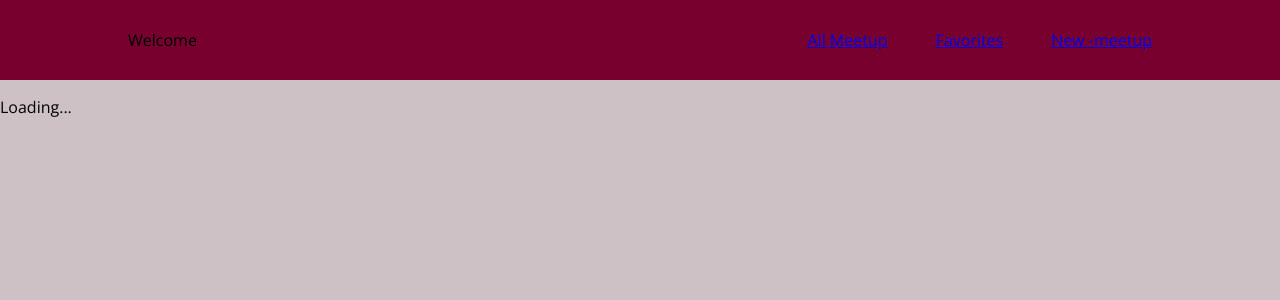
Repository: WaiMaungMaung/second
Page: /
An editor plug-in stored every save of this project. The page is shown before and after the next save, followed by the edit.
The browser window is 1280 px wide. The pictures show the whole page.
The page's requests for data from a server got no answer. The project was rebuilt for these pictures with package versions that can differ from the ones it lists, and the page was loaded fresh each time. A package was used in the major version that the imports need, not the one package.json lists. No one was signed in, and anything a server would have sent is missing. Also part of the build but not shown: src/pages/NewMeetup.js. Imported but missing from the stored project, and not drawn on this page: src/components/meetups/MeetupList, src/pages/Favorites.

Above is the page before, as saved 2022-04-19 13:20:36.

After the next save:
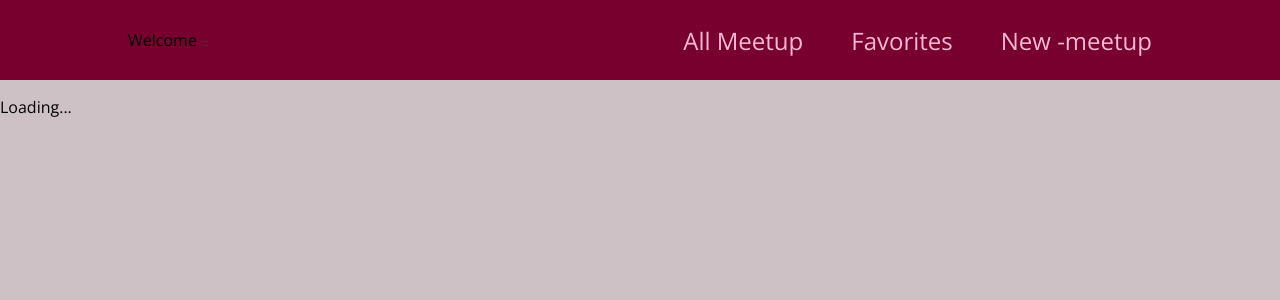
Saved 9 s later.
--- a/src/components/layout/MainNavigation.module.css
+++ b/src/components/layout/MainNavigation.module.css
@@ -26,7 +26,7 @@ header li {
   margin-left: 3rem;
 }
 
-.header a {
+header a {
   text-decoration: none;
   font-size: 1.5rem;
   color: #fcb8d2;
